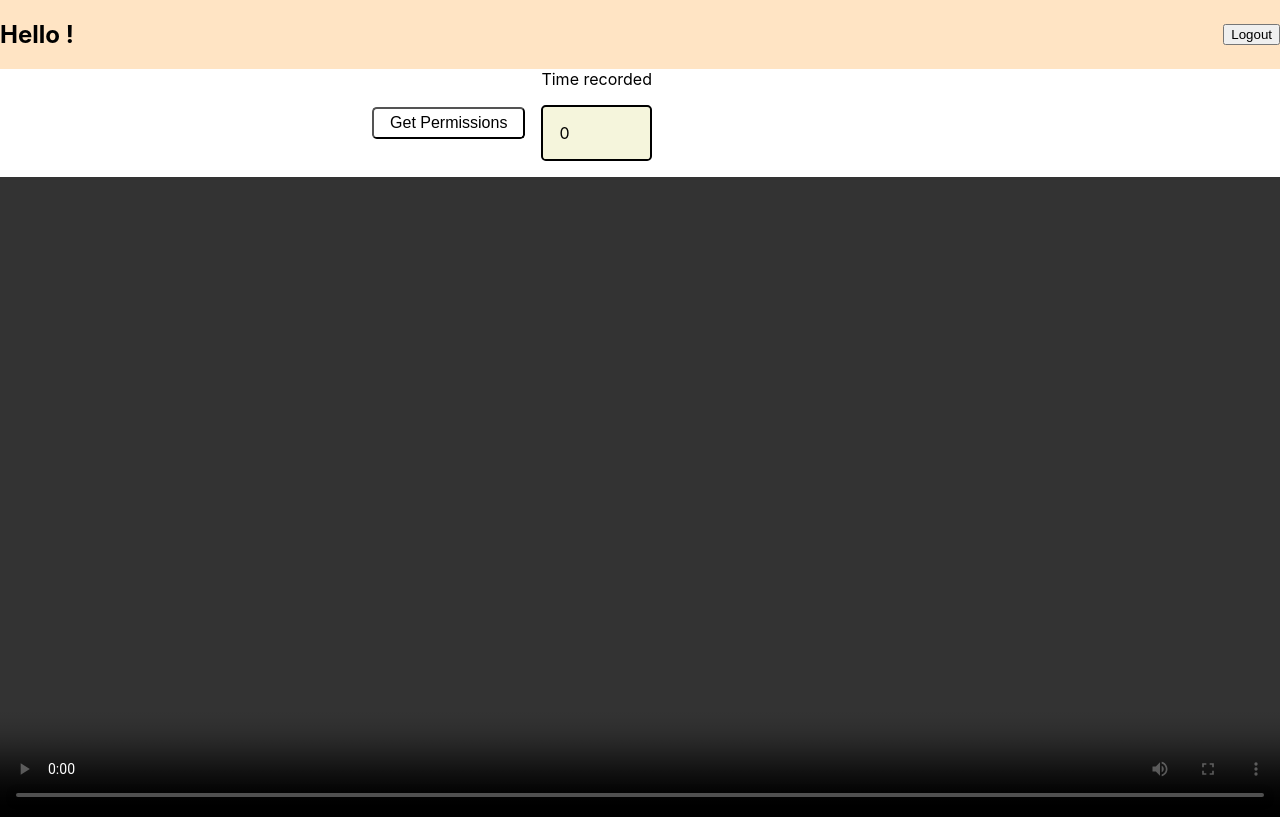
Repository: drumsmanku/test-1
Page: /recording (app in client/)
These files come from the project's save history. The page is drawn as it stood at one moment and after the next save; the edit follows.
The browser window is 1280 px wide. The pictures show the whole page.
The project was rebuilt for these pictures with package versions that can differ from the ones it lists, and the page was loaded fresh each time. Also part of the build but not shown: client/src/App.css, client/src/Components/Login/Login.module.css, client/src/Components/Login/Login.js, client/src/Components/Register/Register.module.css, client/src/Components/Register/Register.js.

Above is the page before, as saved 2023-08-31 19:18:45.

### client/src/App.js
import './App.css';
import {BrowserRouter as Router, Route, Routes} from 'react-router-dom';
import Login from './Components/Login/Login';
import Register from './Components/Register/Register';
import Recording from './Components/Recording/Recording';

function App() {
  return (
    <div className="App">
      <Router>
        <Routes>
          <Route path='/' element={<Login/>}/>
          <Route path='/register' element={<Register/>}/>
          <Route path='/recording' element={<Recording/>}/>
        </Routes>
      </Router>
    </div>
  );
}

export default App;

### client/src/Components/Recording/Recording.js
import React from 'react';
import styles from './Recording.module.css';
import { useState, useEffect, useRef } from 'react';
import { useNavigate } from 'react-router-dom';
import axios from 'axios';

function Recording() {
  const [existingUser, setExistingUser]=useState(localStorage.getItem('user'))
  const navigate=useNavigate();
  const handleLogout=()=>{
    localStorage.removeItem('token');
    localStorage.removeItem('user');
    navigate('/')
  }
  const [startButton, setStartButton] = useState(false);
  const [mediaRecorder, setMediaRecorder] = useState(null);
  const chunksRef = useRef([]);
  const [progress, setProgress] = useState(0);


  const handlePermissions = async () => {
    try {
      const stream = await navigator.mediaDevices.getUserMedia({ audio: true, video: true });

      setStartButton(true);

      const newMediaRecorder = new MediaRecorder(stream);
      newMediaRecorder.ondataavailable = (evt) => {
        chunksRef.current.push(evt.data);
      };
      setMediaRecorder(newMediaRecorder);

      // POST request to start recording
      await axios.post('http://localhost:4000/recording/start', {
        videoPermission: true,
        audioPermission: true
      });
    } catch (error) {
      console.error('Error during getting permissions', error);
    }
  };
  let intervalId;

  const startRecording = () => {

    mediaRecorder.start();
    let secondsRecorded = 0;

     intervalId = setInterval(() => {
      secondsRecorded += 1;
      setProgress(secondsRecorded);
    }, 1000);
  };

  const stopRecording = async () => {

    if (mediaRecorder) {

        mediaRecorder.stop();
        mediaRecorder.stream.getTracks().forEach(track => track.stop());
        clearInterval(intervalId);
        setProgress(0);

        await axios.post('http://localhost:4000/recording/stop');

        const blob = new Blob(chunksRef.current, { type: 'video/webm' });
        const url = URL.createObjectURL(blob);

        const videoElement = document.getElementById('videoPlayback');

        videoElement.src = url;

        chunksRef.current = [];

        setStartButton(false);
    }
  };


  return (
    <div className={styles.container}>
      <div className={styles.navbar}>
        <h2>Hello {existingUser} ! </h2>
        <div><button onClick={handleLogout}>Logout</button></div>
      </div>
      <div className={styles.bottomBody}>
        <button className={styles.button} onClick={handlePermissions}>Get Permissions</button>
        {startButton &&
          <div>
            <button className={styles.button} onClick={startRecording}>Start Recording</button>
            <button className={styles.button} onClick={stopRecording}>Stop Recording</button>
          </div>
        }
        <div>
          Time recorded
         <p style={{backgroundColor:'beige', borderRadius:'0.3rem', border:'2px solid black', padding:'1rem'}}>{progress}</p>
        </div>

      </div>
      <video id="videoPlayback" controls autoplay></video>

    </div>
  )
}

export default Recording

### client/src/Components/Recording/Recording.module.css
.container{
  height: 100vh;
  width: 100%;
  display: flex;
  flex-direction: column;
}
.navbar{
  height: 10%;
  width: 100%;
  background-color: bisque;
  display: flex;
  justify-content: space-between;
  align-items: center;
}
.bottomBody{
  display: flex;
  justify-content: center;
  width: 80%;
  align-items: center;
}
.button{
  background: none;
  border-radius: 0.3rem;
  height: 2rem;
  padding:0 1rem 0 1rem;
  font-size: medium;
  cursor: pointer;
  margin-right: 1rem;
}

Loaded but not shown: client/public/index.html (common file); client/src/index.js (common file); client/src/index.css (common file)

After the next save:
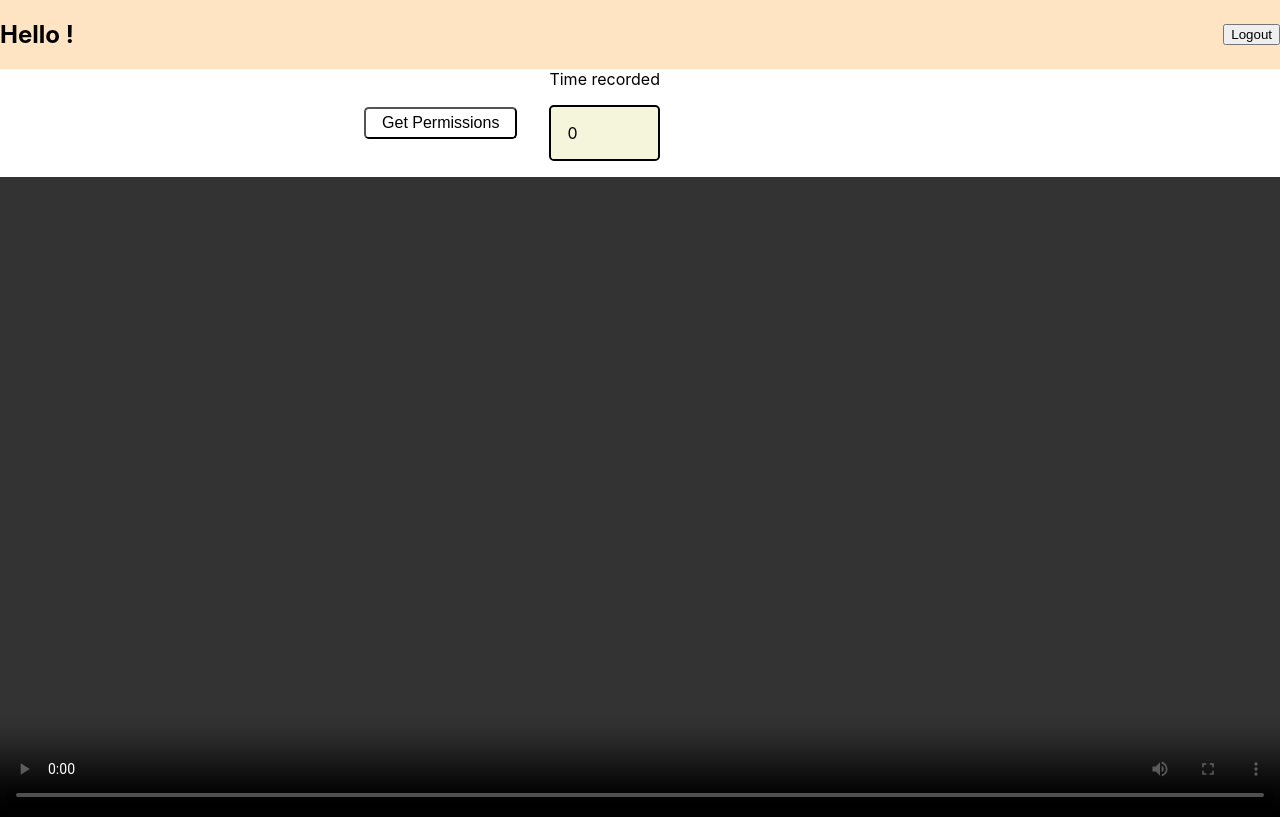
Saved 7 s later.
--- a/client/src/Components/Recording/Recording.module.css
+++ b/client/src/Components/Recording/Recording.module.css
@@ -25,5 +25,5 @@
   padding:0 1rem 0 1rem;
   font-size: medium;
   cursor: pointer;
-  margin-right: 1rem;
+  margin-right: 2rem;
 }
